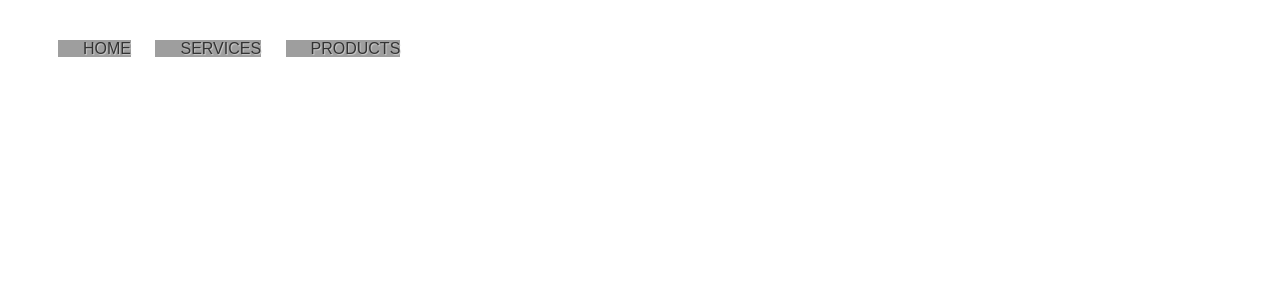
Repository: LtGriff/capstoneprogress
Page: index.html
These files come from the project's save history. The page is drawn as it stood at one moment and after the next save; the edit follows.
The browser window is 1280 px wide. The pictures show the whole page.
Pictures or frames that could not be fetched are drawn as grey boxes.

Above is the page before, as saved 2022-06-06 00:04:03.

### index.html
<!DOCTYPE html>
<html lang="en">
<head>
     <meta charset="UTF-8">
     <meta http-equiv="X-UA-Compatible" content="IE=edge">
     <meta name="viewport" content="width=device-width, initial-scale=1.0">
     <title>Document</title>
     <link rel="stylesheet" href="style.css">
</head>
<body>


     </html><nav id="main-menu">
     <ul class="nav-bar">
          <li class="nav-button-home"><a href="#">Home</a></li>
          <li class="nav-button-services"><a href="#">Services</a></li>
          <li class="nav-button-products"><a href="#">Products</a></li>
     </ul>
</nav>


<section class="gallery">
     <div class="picture">
          <img src=""


     </div>

     <div class="picture">



     </div>

     <div class="picture">



     </div>

     <div class="picture">



     </div>

</section>


</body>

### style.css
body { font-family: sans-serif; }

#main-menu .nav-bar { list-style:none; margin-top: 40px; }
#main-menu .nav-bar li { display:inline; padding:0 10px; }

#main-menu .nav-bar li a {
  text-decoration: none;
  padding-left: 25px;
  text-transform: uppercase;
  color: #333;
	text-shadow: 1px 1px 1px #ccc;
}

.nav-bar .nav-button-home a { background:url("https://www.cheesetoast.co.uk/cheesepress/wp-content/uploads/2012/08/home.gif") no-repeat 0px -2px transparent; }

.nav-bar .nav-button-services a { background:url("https://www.cheesetoast.co.uk/cheesepress/wp-content/uploads/2012/08/services.gif") no-repeat 0px -2px transparent; }

.nav-bar .nav-button-products a { background:url("https://www.cheesetoast.co.uk/cheesepress/wp-content/uploads/2012/08/products.gif") no-repeat 0px -2px transparent; }

After the next save:
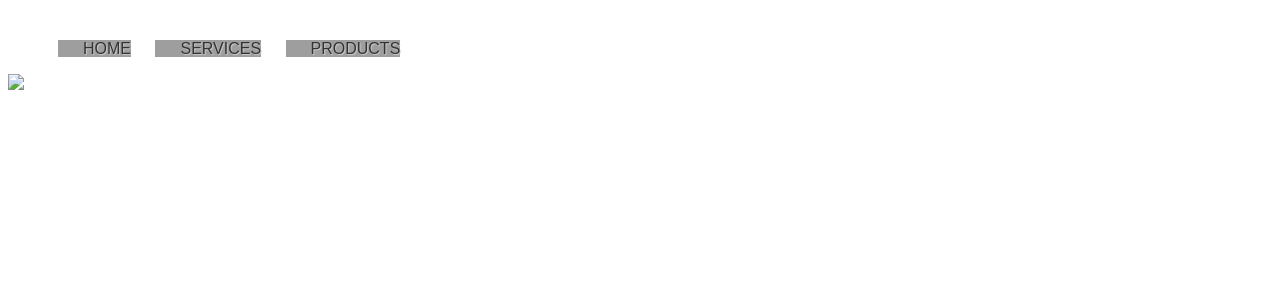
Saved 3 min 25 s later.
--- a/index.html
+++ b/index.html
@@ -21,7 +21,7 @@
 
 <section class="gallery">
      <div class="picture">
-          <img src=""
+          <img src="../"
 
 
      </div>

After the save that followed:
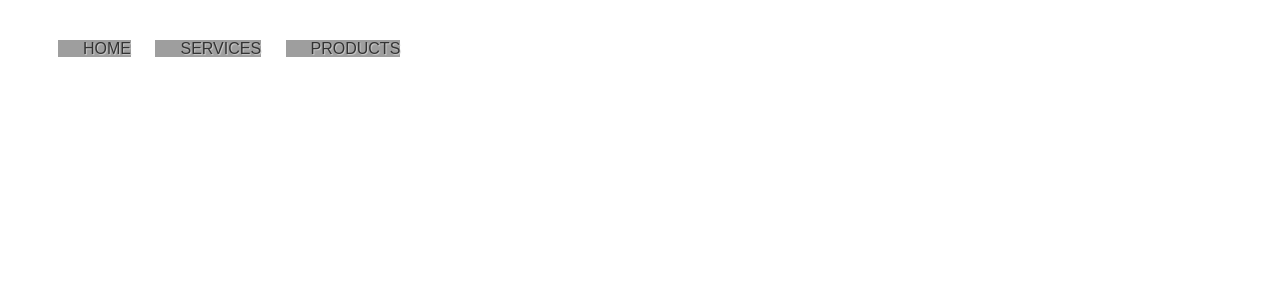
Saved 4 s later.
--- a/index.html
+++ b/index.html
@@ -21,7 +21,7 @@
 
 <section class="gallery">
      <div class="picture">
-          <img src="../"
+          <img src=""
 
 
      </div>
